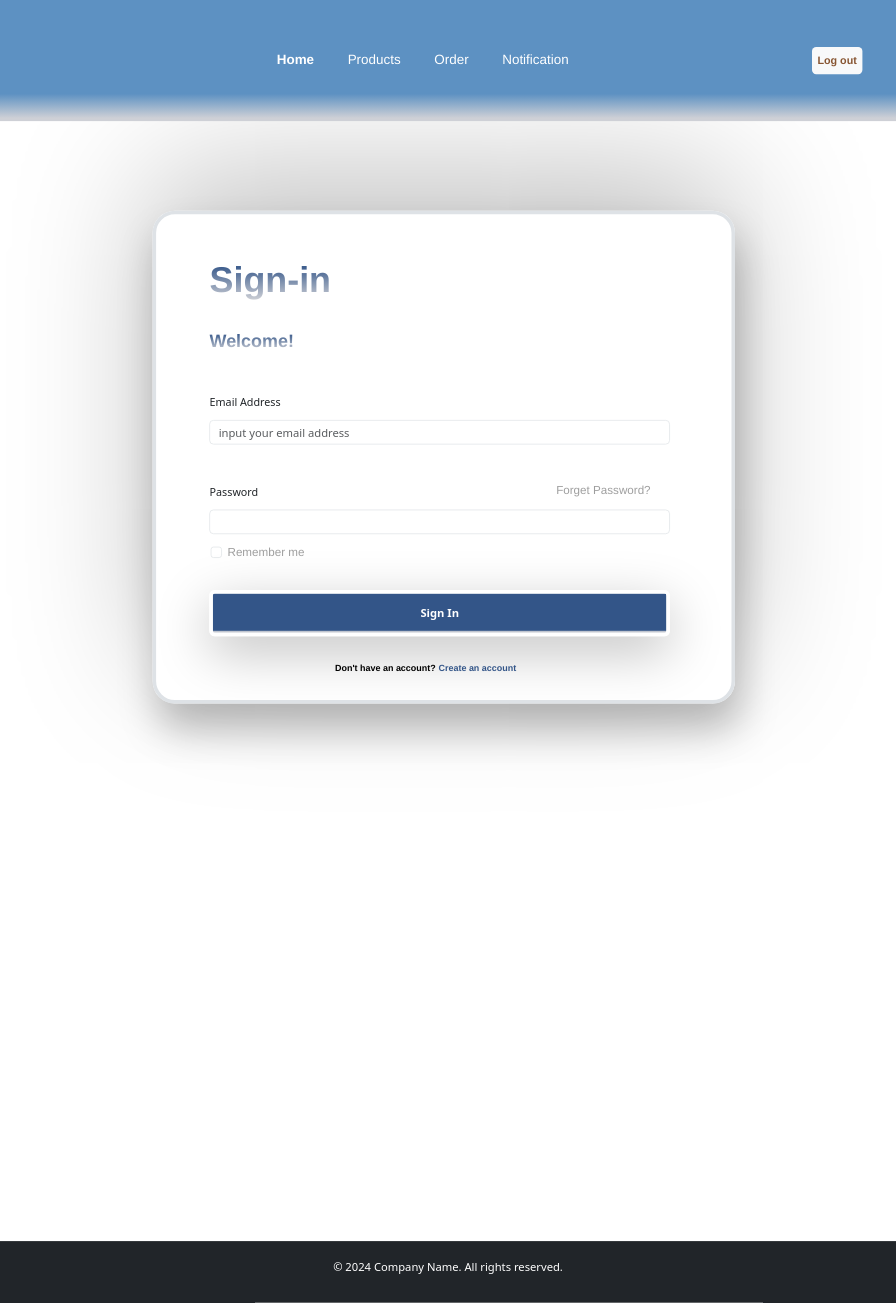
Repository: OVictor21/inventory
Page: /
The author's editor kept a copy of each file at every save. The page is drawn from the files as they stood at one save, then again after a run of saves.
The browser window is 1280 px wide. The pictures show the whole page, at 70% of full size.
The project was rebuilt for these pictures with package versions that can differ from the ones it lists, and the page was loaded fresh each time.

Above is the page before, as saved 2024-12-14 09:57:03.

### src/index.css

nav {
  background-color: transparent;
  background: linear-gradient(180deg, rgb(93, 145, 194) 77.5%, rgb(206, 208, 214) 97.5%);

}

.navbar-brand img {
  max-width: 10vw;
  min-width: 5vw;
}

.nav-link.nav-text-current {
  font-family: "Montserrat", Helvetica;
  font-weight: 700;
  color: #ffffff;
  font-size: 1.5vw;
}

.nav-link.nav-text {
  font-family: "Montserrat", Helvetica;
  font-weight: 400;
  color: #ffffff;
  font-size: 1.5vw;
}

.nav-link.nav-text-2 {
  font-family: "Montserrat", Helvetica;
  font-weight: 600;
  color: rgb(136, 86, 51);
  font-size: 1.2vw;
}

.background {
  background-color: #000021;
}

/* .background-image {
  background-image: url('/public/back.png');
  background-size: cover;
  background-repeat: no-repeat;
  background-position: center;
  min-height: 100vh;
  color: white;
} */

.sign-in{
  width: 65vw;
  height: 55vw;
  box-shadow: 7px 37px 55px #00000040, 0px -54px 200px #00000040;
  left: 17vw;
  top: 10vw;
  overflow: hidden;
}


.text{
  top: 5vw;
  left: 6vw;
  background: linear-gradient(180deg, rgb(51, 85, 136) 13.5%, rgb(206, 208, 214) 100%);
  -webkit-background-clip: text !important;
  background-clip: text;
  -webkit-text-fill-color: transparent;
  text-fill-color: transparent;
  font-family: "Montserrat-Bold", Helvetica;
  font-weight: 700;
  color: transparent;
  font-size: 4vw;
  letter-spacing: 0;
  line-height: normal;
}



.text-wrapper-8 {
  background: linear-gradient(180deg, rgb(51, 85, 136) 13.5%, rgb(206, 208, 214) 100%);
  -webkit-background-clip: text !important;
  background-clip: text;
  -webkit-text-fill-color: transparent;
  text-fill-color: transparent;
  font-family: "Montserrat-Bold", Helvetica;
  font-weight: 600;
  color: transparent;
  font-size: 2vw;
  letter-spacing: 0;
  line-height: normal;
  top: 13vw;
  left: 6vw;
}

.email-text{
  font-size: 1.2vw;
}

.email{
  top: 20vw;
  left: 6vw;
}

.email-in{
  top: 23vw;
  left: 6vw;
  width: 80%;
  max-width: 80%;
  height: 5%;
}

.pass{
  top: 30vw;
  left: 6vw;
}

.pass-in{
  top: 33vw;
  left: 6vw;
  width: 80%;
  max-width: 80%;
  height: 5%;

}

.text-wrapper-7{
  font-family: "Montserrat-Regular", Helvetica;
  font-weight: 400;
  color: #00000061;
  font-size: 1.3vw;
  letter-spacing: 0;
  line-height: normal;
  top: 30vw;
  text-decoration: none;
  right: 9vw;
}

.form-check-label{
  font-family: "Montserrat-Regular", Helvetica;
  font-weight: 400;
  color: #00000061;
  font-size: 1.3vw;
  letter-spacing: 0;
  line-height: normal;
  top: 37vw;
  left: 8vw;
}

.form-check-input{
  top: 36.8vw;
  left: 8vw;

}

.sign-btn{
  background: linear-gradient(180deg, rgb(51, 85, 136) 93.5%, rgb(206, 208, 214) 97%);
  font-family: "Montserrat-Bold", Helvetica;
  font-weight: 700;
  font-size: 4vw;
  letter-spacing: 0;
  line-height: normal;
  width: 80%;
  top: 42vw;
  left: 6vw;
  box-shadow: 0px 22px 75px #00000040;
}

.acct{
  font-family: "Montserrat-Regular", Helvetica;
  font-weight: 700;
  color: #000000;
  font-size: 1vw;
  letter-spacing: 0;
  line-height: normal;
  top: 50vw;
  left: 20vw;
}

.acct-1{
  font-family: "Montserrat-Bold", Helvetica;
  font-weight: 700;
  color: rgb(51, 85, 136);
  font-size: 1vw;
  text-decoration: none;
  letter-spacing: 0;
  line-height: normal;
  top: 50vw;
  right: 24vw;
}



.pass-text{
font-size: 1.2vw;
}

.footer-body{
  background-color: rgb(51, 85, 136);

  top: 70vw;


}

.copyright-text {
  top: 50vw;
  right: 24vw;
  font-family: "Montserrat", Helvetica;
  font-weight: 400;
  color: rgb(136, 86, 51);
  font-size: 2vw;
}

### src/App.js
import Navbar from './navbar';
import 'bootstrap/dist/css/bootstrap.min.css';
import Body from './body';


function App() {
  return (
    <div className="App">
      <Navbar />
      <Body />
    </div>
  );
}

export default App;

### src/navbar.js

const Navbar = () => {
    return (
        <nav className="navbar navbar-expand-md justify-content-center p-5 z-1">
        <button className="navbar-toggler ms-auto" type="button" data-bs-toggle="collapse" data-bs-target="#collapseNavbar">
            <span className="navbar-toggler-icon"></span>
        </button>

        <div className="navbar-collapse collapse" id="collapseNavbar">
            <ul className="navbar-nav justify-content-center w-100 ">
            <li className="nav-item m-3">
                <a className="nav-link nav-text-current" href="/home">Home</a>
            </li>
            <li className="nav-item m-3">
                <a className="nav-link nav-text" href="/products">Products</a>
            </li>
            <li className="nav-item m-3">
                <a className="nav-link nav-text" href="/order">Order</a>
            </li>
            <li className="nav-item m-3">
                <a className="nav-link nav-text" href="/notifications">Notification</a>
            </li>
            </ul>

            <ul className="navbar-nav ms-auto justify-content-end">
            <li className="nav-item bg-light rounded">
                <button className="nav-link nav-text-2 text-nowrap btn btn-link">Log out</button>

            </li>
            </ul>
        </div>
        </nav>



      );
}

export default Navbar;

### src/body.js
import React from 'react';

const Body = () => {
  return (
    <div className="login">

         <form >
        <div class="sign-in position-relative border border-5 rounded-5">
        <div class="mb-3">
            <p class="text position-absolute">Sign-in</p>
            <div class="text-wrapper-8 position-absolute">Welcome!</div>

          <label for="exampleInputEmail1" class="form-label email position-absolute"><span class="email-text"> Email Address</span></label>
          <input type="email" class="form-control email-in position-absolute" id="exampleInputEmail1" aria-describedby="emailHelp" placeholder="input your email address"/>
        </div>
        <div class="mb-3">
          <label for="exampleInputPassword1" class="form-label pass position-absolute"><span class="pass-text">Password</span> </label>
          <input type="password" class="form-control pass-in position-absolute" id="exampleInputPassword1"/>
          <a href="/forgotpassword" class="text-wrapper-7 position-absolute">Forget Password?</a>
        </div>

        <div class="mb-3 form-check">
            <input type="checkbox" class="form-check-input position-absolute" id="exampleCheck1"/>
            <label class="form-check-label position-absolute" for="exampleCheck1">Remember me</label>
          </div>
        <button type="submit" class="btn sign-btn position-absolute border-white border-5 rounded-3 p-3 text-white fw-bold">Sign In</button>
        <p  class="acct position-absolute">Don't have an account?</p> <a href="/createacct" class="acct-1 position-absolute">Create an account</a>


        </div>


    </form>

    <footer className="footer-body bg-dark text-white py-4 position-relative">
      <div className="container">
          <div className="text-center">
            <p>&copy; 2024 Company Name. All rights reserved.</p>
        </div>
      </div>
    </footer>

    </div>
  );
};

export default Body;

Loaded but not shown: public/index.html (common file); src/index.js (common file); src/reportWebVitals.js (common file)

After the next 2 saves:
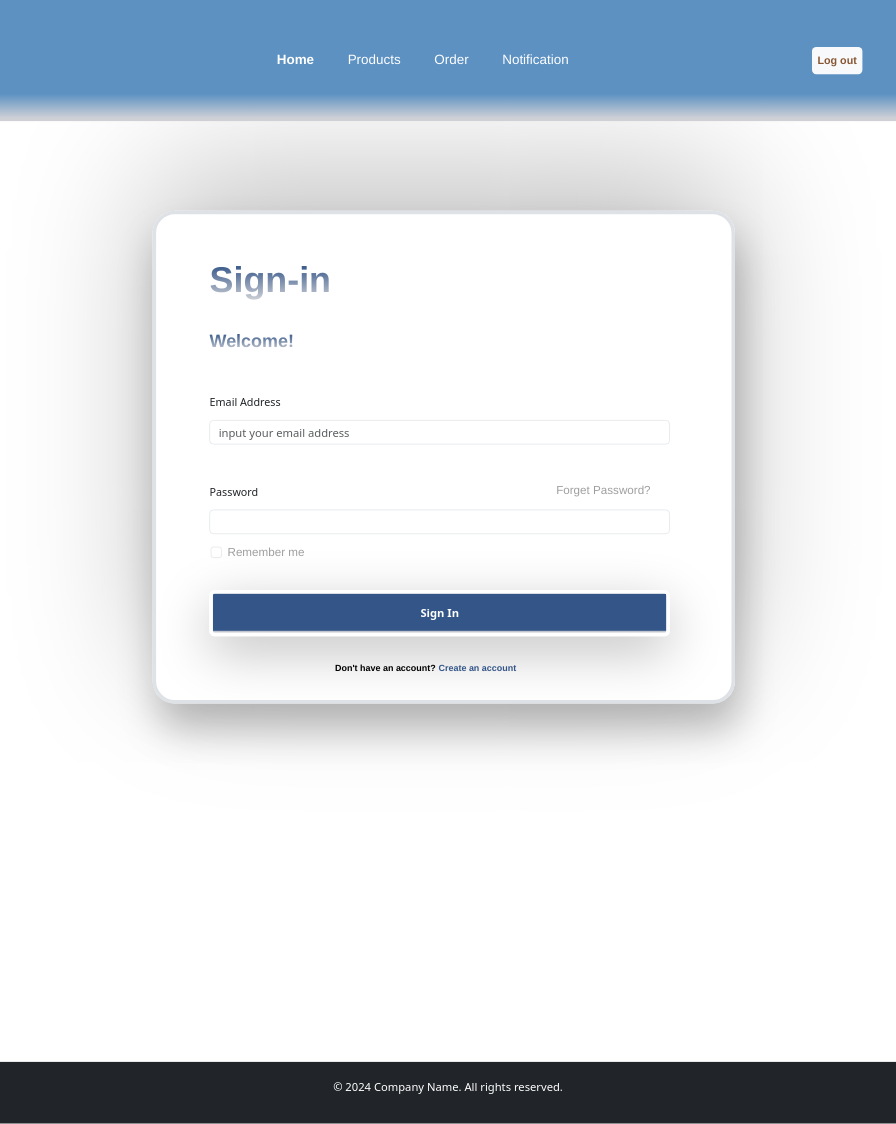
The 2 saves are shown as one change because they came seconds apart.
The last was saved 12 s later.
--- a/src/index.css
+++ b/src/index.css
@@ -193,7 +193,7 @@ font-size: 1.2vw;
 .footer-body{
   background-color: rgb(51, 85, 136);
 
-  top: 70vw;
+  top: 50vw;
 
 
 }
